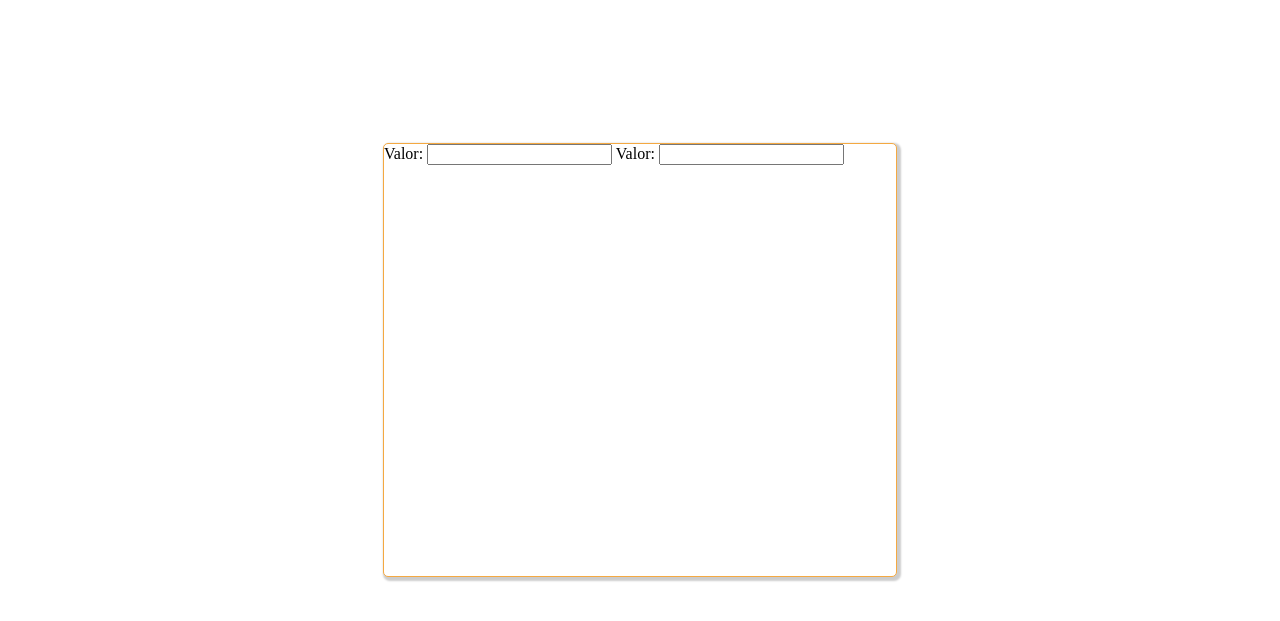
Repository: alexsanderkafka/java-servlets
Page: http://localhost/SaveMoney/cadastrarDespesa.jsp
These files come from the project's save history. The page is drawn as it stood at one moment and after the next save; the edit follows.
The browser window is 1280 px wide. The pictures show the whole page.
The page is served by Tomcat 9. Nobody is signed in. The application's start-up code is not run. Other server files are loaded and not shown.

Above is the page before, as saved 2024-10-03 12:32:43.

### SaveMoney/src/main/webapp/cadastrarDespesa.jsp
<%@ page language="java" contentType="text/html; charset=UTF-8"
    pageEncoding="UTF-8"%>
<!DOCTYPE html>
<html>
<head>
	<meta charset="UTF-8">
	<title>Insert title here</title>
	<link rel="stylesheet" href="styles/style.css">
</head>
<body>

	<div class="container-initial">
        <div class="box-register">
        	<label>Valor: </label>
        	<input>
        	<label>Valor: </label>
        	<input>
        </div>
    </div>

</body>
</html>

### SaveMoney/src/main/webapp/styles/style.css
@import url('https://fonts.googleapis.com/css2?family=Roboto:ital,wght@0,100;0,300;0,400;0,500;0,700;0,900;1,100;1,300;1,400;1,500;1,700;1,900&display=swap');

html, body, div, span, applet, object, iframe,
h1, h2, h3, h4, h5, h6, p, blockquote, pre,
a, abbr, acronym, address, big, cite, code,
del, dfn, em, img, ins, kbd, q, s, samp,
small, strike, strong, sub, sup, tt, var,
b, u, i, center,
dl, dt, dd, ol, ul, li,
fieldset, form, label, legend,
table, caption, tbody, tfoot, thead, tr, th, td,
article, aside, canvas, details, embed,
figure, figcaption, footer, header, hgroup,
menu, nav, output, ruby, section, summary,
time, mark, audio, video {
    margin: 0;
    padding: 0;
    border: 0;
    font-size: 100%;
    font: inherit;
    vertical-align: baseline;
}

/*CSS INDEX*/

.container-initial {
    width: 100vw;
    height: 100vh;
    display: flex;
    flex-direction: column;
    justify-content: center;
    align-items: center;
}

.container-initial h1{
    font-size: 64px;
    font-family: "Roboto", system-ui;
    font-weight: 600;
    text-decoration: underline;
    text-decoration-color: #F4A942;
    margin-bottom: 25px;
}

.box-menu {
    width: 300px;
    height: 300px;
    background: white;
    border: 1px solid #F4A942;
    border-radius: 5px;
    display: flex;
    flex-direction: column;
    justify-content: center;
    box-shadow: 2px 2px 2px 2px rgba(0, 0, 0, 0.2);
}


.button-page-index{
	margin: 10px;
	padding: 10px;
	border: 1px solid #F4A942;
	background: #F4A942;
	border-radius: 5px;
	color: white;
	font-weight: 400;
	font-family: "Roboto", system-ui;
	font-size: 18px;
	transition: background-color 0.5s ease;
}

.button-page-index:hover{
	background-color: #f7b64e;
}

/*CSS PAGINA CADASTRO DE DESPESA*/
.box-register {
    width: 40%;
    height: 60%;
    background: white;
    border: 1px solid #F4A942;
    border-radius: 5px;
    /*
    display: flex;
    flex-direction: column;
    justify-content: center;*/
    box-shadow: 2px 2px 2px 2px rgba(0, 0, 0, 0.2);
}

After the next save:
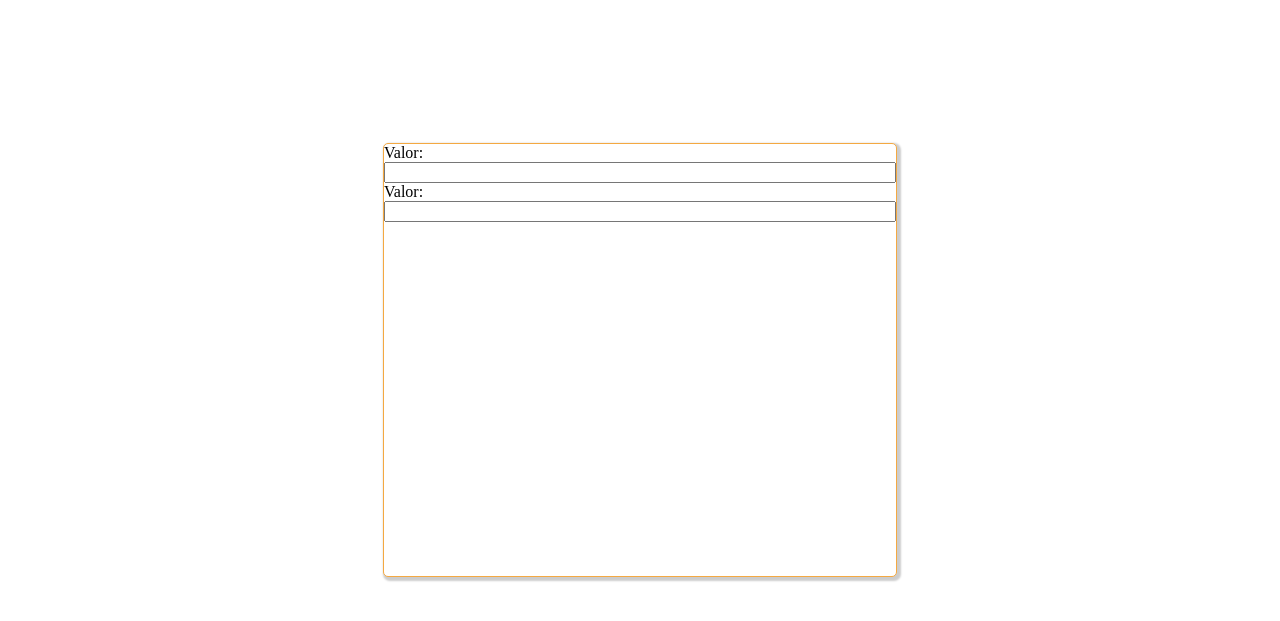
Saved 70 s later.
--- a/SaveMoney/src/main/webapp/styles/style.css
+++ b/SaveMoney/src/main/webapp/styles/style.css
@@ -78,9 +78,10 @@
     background: white;
     border: 1px solid #F4A942;
     border-radius: 5px;
-    /*
+
     display: flex;
     flex-direction: column;
+    /*
     justify-content: center;*/
     box-shadow: 2px 2px 2px 2px rgba(0, 0, 0, 0.2);
 }
